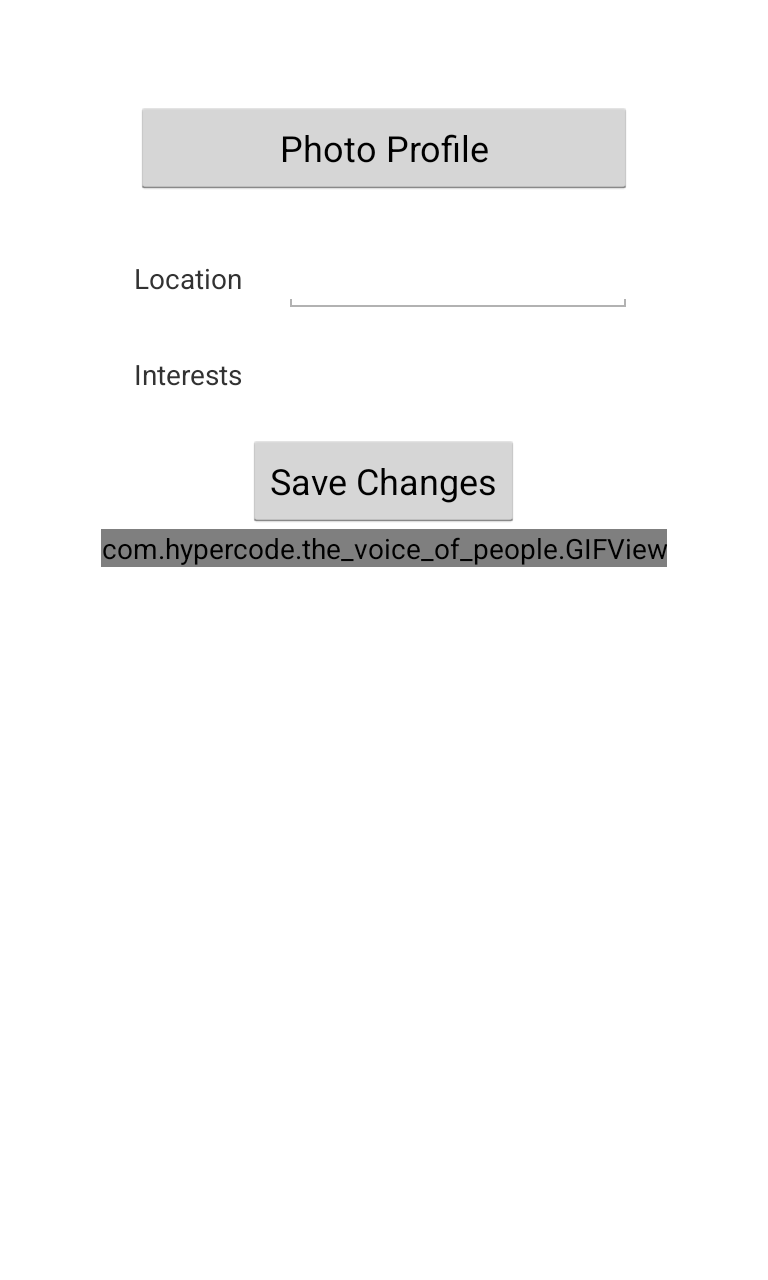
Repository: elvispap/The_Voice_of_People_Android_app
Layout: Voice of People/res/layout/profile_settings.xml
These files come from the project's save history. The layout is drawn as it stood at one moment and after the next save; the edit follows.
Pictures or frames that could not be fetched are drawn as grey boxes. It is drawn on a 768 x 1280 px phone screen (xhdpi) without system bars, with theme AppTheme; the app's code is not run.

Above is the layout before, as saved 2014-01-08 02:53:28.

After the next save:
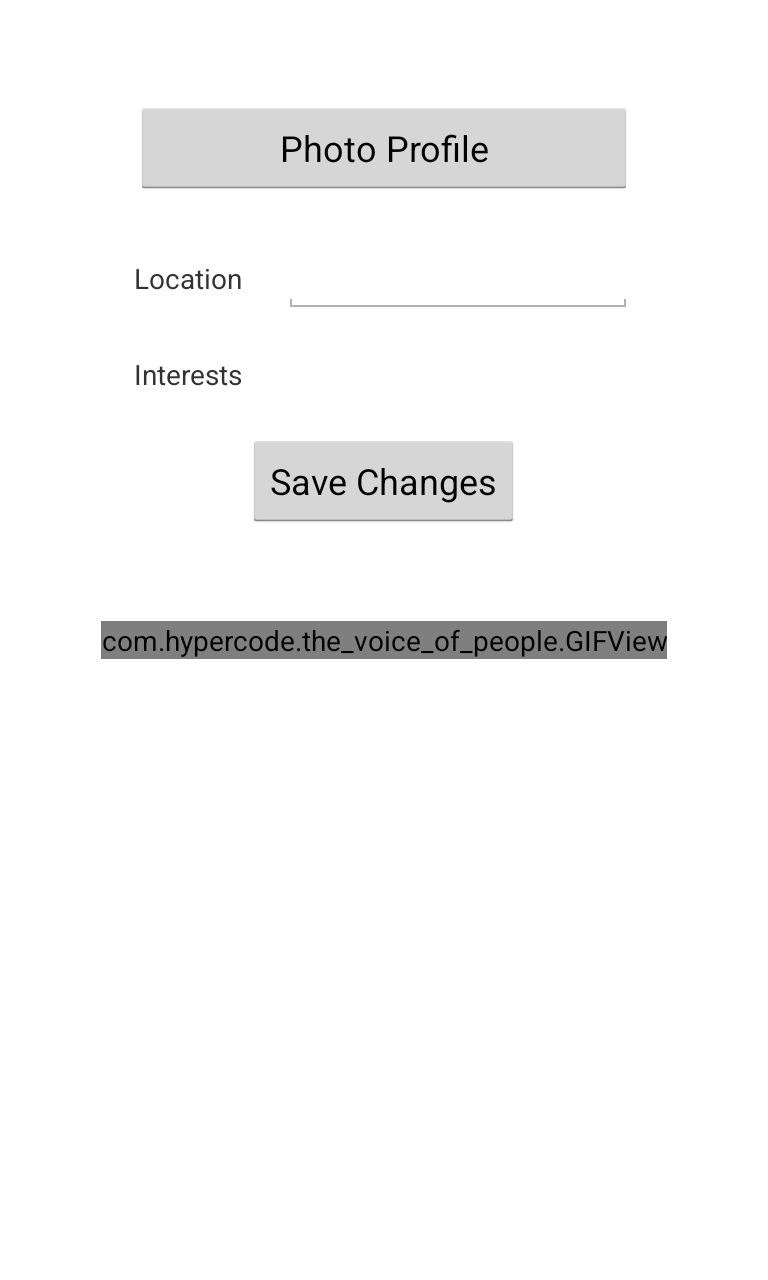
Saved 13 min 4 s later.
--- a/Voice of People/res/layout/profile_settings.xml
+++ b/Voice of People/res/layout/profile_settings.xml
@@ -1,4 +1,7 @@
 <?xml version="1.0" encoding="utf-8"?>
+<FrameLayout xmlns:android="http://schemas.android.com/apk/res/android"
+  android:layout_width="fill_parent"
+  android:layout_height="fill_parent">
 <LinearLayout xmlns:android="http://schemas.android.com/apk/res/android"
     android:layout_width="match_parent"
     android:layout_height="match_parent"
@@ -75,11 +78,12 @@
         android:text="Save Changes"
         android:onClick="save_preferences"/>
 
-     <com.hypercode.the_voice_of_people.GIFView
+
+   </LinearLayout>
+    <com.hypercode.the_voice_of_people.GIFView
         android:layout_gravity="center"
         android:layout_width="wrap_content"
         android:layout_height="wrap_content"
         android:id="@+id/GIFLoader">
      </com.hypercode.the_voice_of_people.GIFView>
-
-</LinearLayout>
+</FrameLayout>
